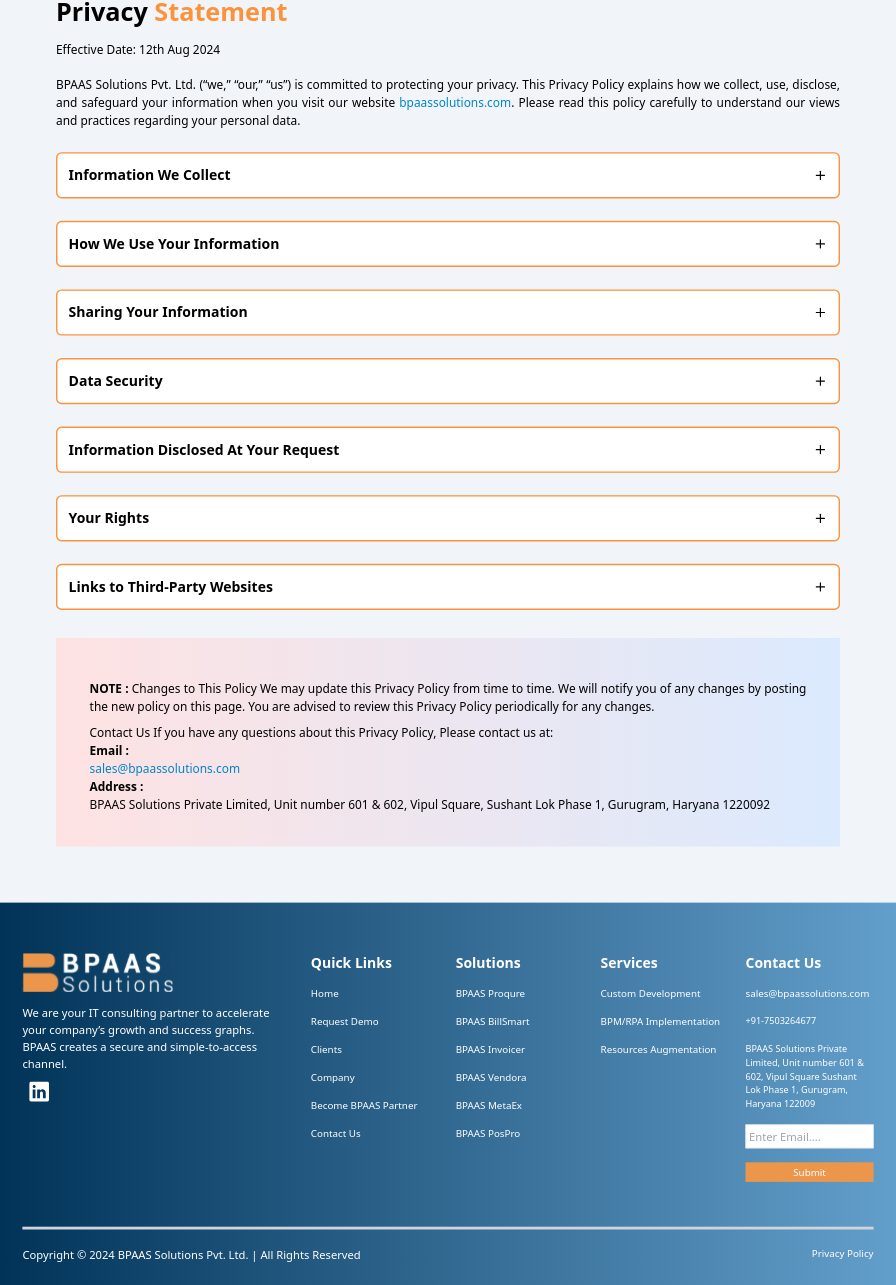
Repository: captainalpha/BP-Website
Page: /services/bp-services
The author's editor kept a copy of each file at every save. The page is drawn from the files as they stood at one save, then again after the next save.
The browser window is 1280 px wide. The pictures show the part of the page from y = 739 to 2659 px (the page is 2575 px tall before and 2659 px after), at 70% of full size.
The project was rebuilt for these pictures with package versions that can differ from the ones it lists, and the page was loaded fresh each time. The framework's server and built-in components were replaced by stand-ins that run in the browser. Also part of the build but not shown: next.config.js, components/common/TopBanner.js, components/common/SectionHeader.js.

Above is the page before, as saved 2024-08-13 17:15:39.

After the next save:
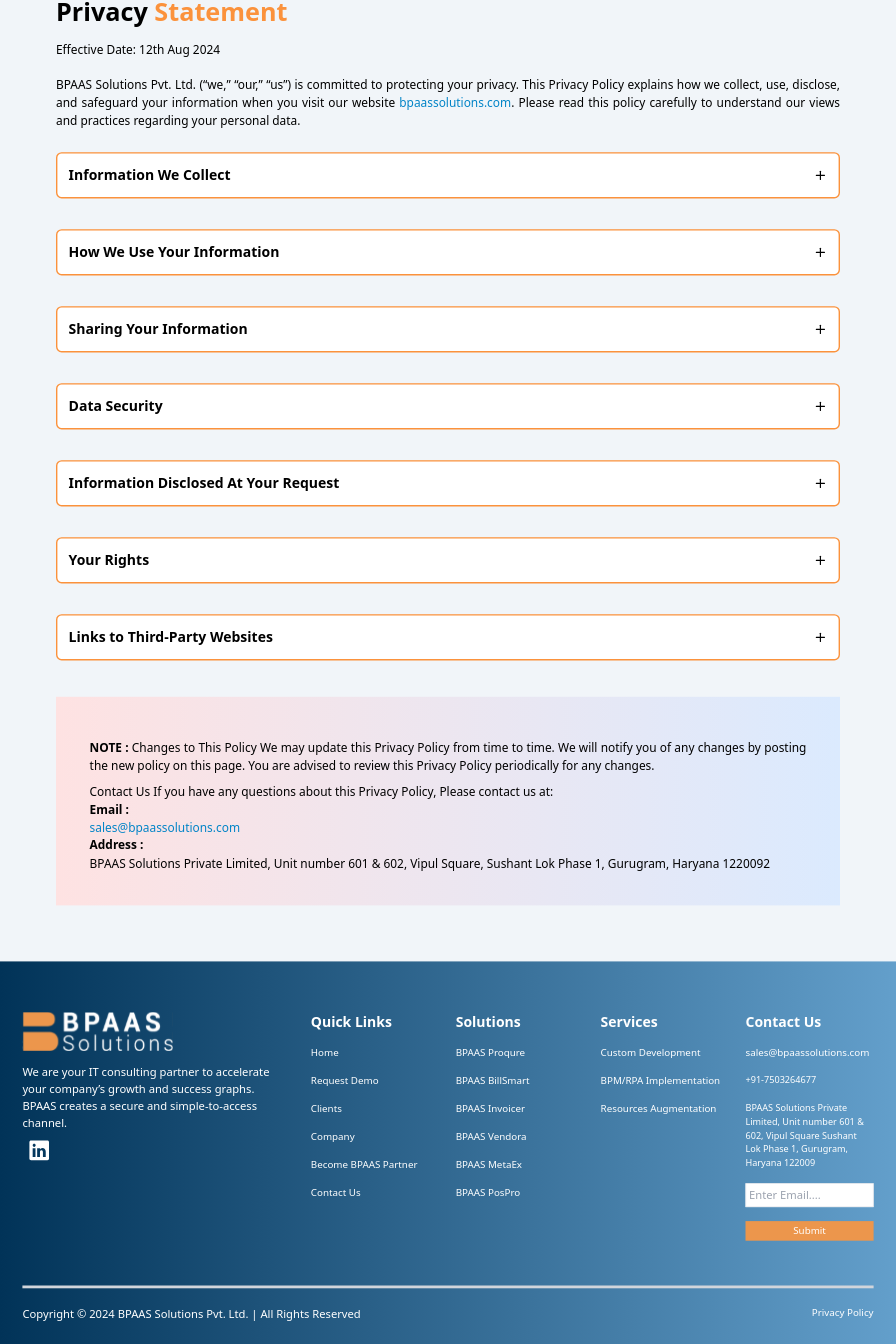
Saved 16 s later.
--- a/pages/services/bp-services.js
+++ b/pages/services/bp-services.js
@@ -216,7 +216,7 @@
           </div>
           <div
             className={`overflow-hidden transition-all duration-500 ease-out ${
-              expandedIndex === ind ? "max-h-[1000px] opacity-100" : "max-h-0 opacity-0"
+              expandedIndex === ind ? "max-h-[1000px] opacity-100 mt-3" : "max-h-0 opacity-0 mt-3"
             }`}
           >
             <div className="p-4 border-t-2 border-[#fb923c] bg-white">
